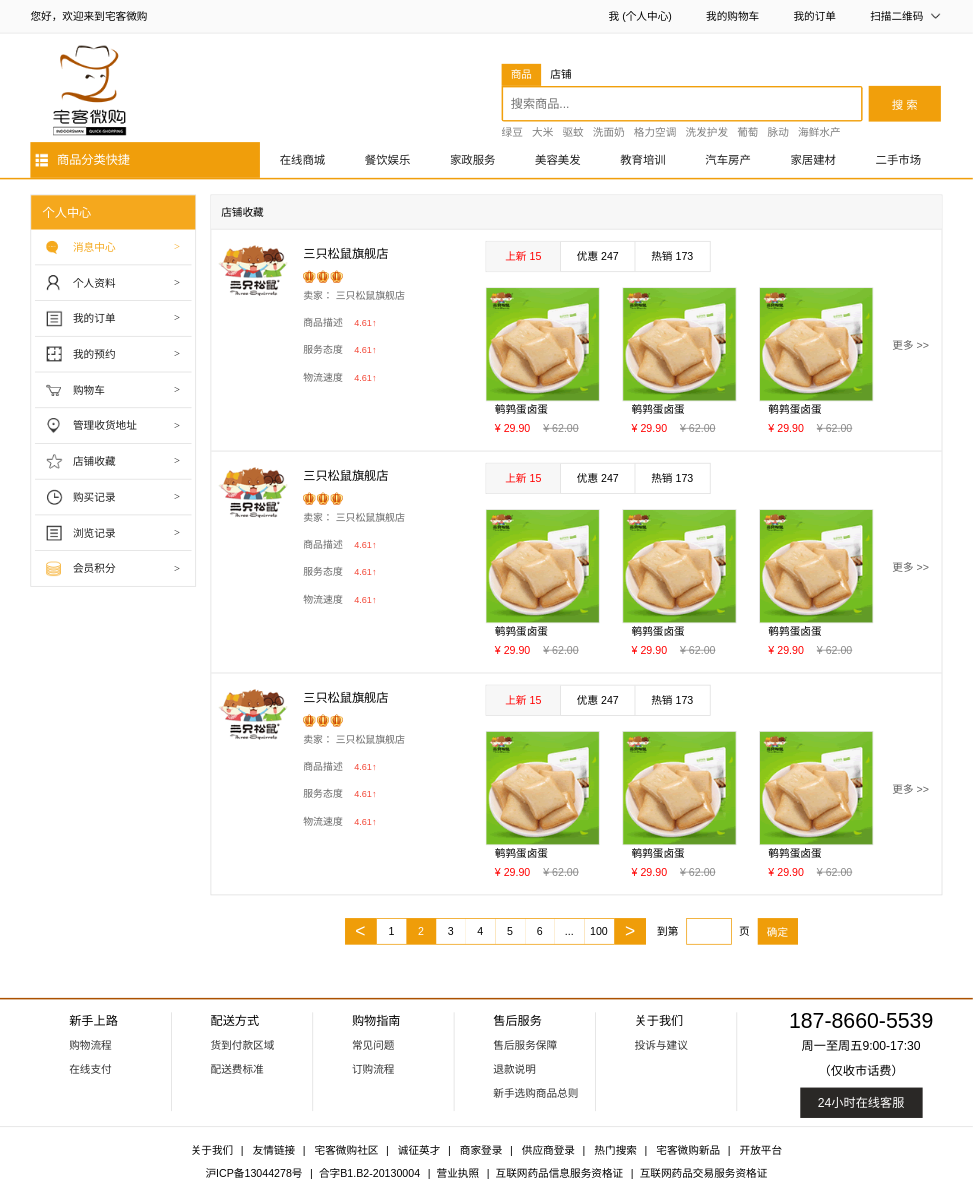
Repository: hucongting/MobliePhoneMall
Page: http://localhost/HelloMall/home/my_collection.jsp
These files come from the project's save history. The page is drawn as it stood at one moment and after the next save; the edit follows.
The browser window is 1280 px wide. The pictures show the whole page, at 76% of full size.
The page is served by Tomcat 9. Nobody is signed in. The application's start-up code is not run.

Above is the page before, as saved 2018-09-01 06:58:20.

After the next save:
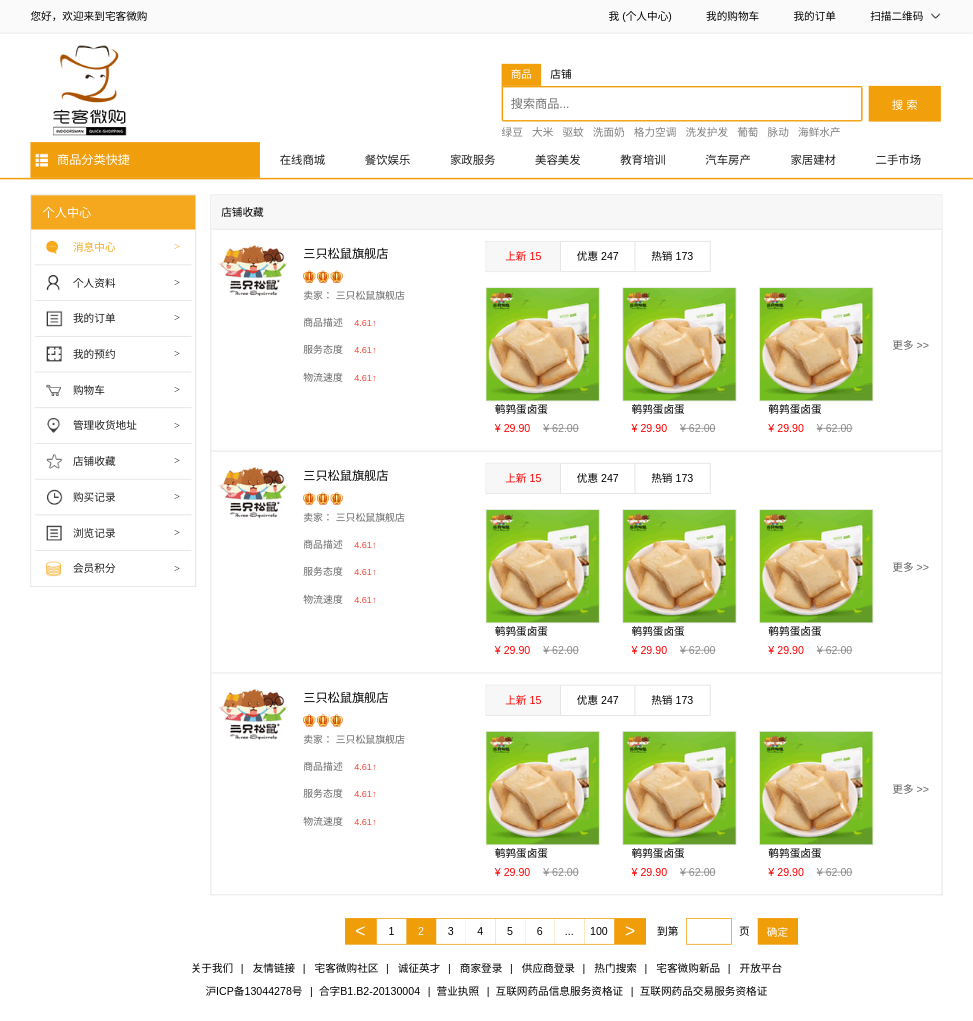
Saved 27 s later.
--- a/HelloMall/src/main/webapp/home/my_collection.jsp
+++ b/HelloMall/src/main/webapp/home/my_collection.jsp
@@ -349,72 +349,6 @@
     </div>
 
     <!--底部服务-->
-    <div class="ft-service">
-    	<div class="w1200">
-        	<div class="sv-con-l2 f-l">
-            	<dl>
-                	<dt><a href="#">新手上路</a></dt>
-                    <dd>
-                    	<a href="#">购物流程</a>
-                    	<a href="#">在线支付</a>
-                    </dd>
-                </dl>
-                <dl>
-                	<dt><a href="#">配送方式</a></dt>
-                    <dd>
-                    	<a href="#">货到付款区域</a>
-                    	<a href="#">配送费标准</a>
-                    </dd>
-                </dl>
-                <dl>
-                	<dt><a href="#">购物指南</a></dt>
-                    <dd>
-                    	<a href="#">常见问题</a>
-                    	<a href="#">订购流程</a>
-                    </dd>
-                </dl>
-                <dl>
-                	<dt><a href="#">售后服务</a></dt>
-                    <dd>
-                    	<a href="#">售后服务保障</a>
-                    	<a href="#">退款说明</a>
-                    	<a href="#">新手选购商品总则</a>
-                    </dd>
-                </dl>
-                <dl>
-                	<dt><a href="#">关于我们</a></dt>
-                    <dd>
-                    	<a href="#">投诉与建议</a>
-                    </dd>
-                </dl>
-                <div style="clear:both;"></div>
-            </div>
-        	<div class="sv-con-r2 f-r">
-            	<p class="sv-r-tle">187-8660-5539</p>
-            	<p>周一至周五9:00-17:30</p>
-            	<p>（仅收市话费）</p>
-            	<a href="#" class="zxkf">24小时在线客服</a>
-            </div>
-            <div style="clear:both;"></div>
-        </div>
-    </div>
-
-    <!--底部 版权-->
-    <div class="footer w1200">
-    	<p>
-        	<a href="#">关于我们</a><span>|</span>
-        	<a href="#">友情链接</a><span>|</span>
-        	<a href="#">宅客微购社区</a><span>|</span>
-        	<a href="#">诚征英才</a><span>|</span>
-        	<a href="#">商家登录</a><span>|</span>
-        	<a href="#">供应商登录</a><span>|</span>
-        	<a href="#">热门搜索</a><span>|</span>
-        	<a href="#">宅客微购新品</a><span>|</span>
-        	<a href="#">开放平台</a>
-        </p>
-        <p>
-        	沪ICP备13044278号<span>|</span>合字B1.B2-20130004<span>|</span>营业执照<span>|</span>互联网药品信息服务资格证<span>|</span>互联网药品交易服务资格证
-        </p>
-    </div>
+    <jsp:include page="index_bottom.jsp"></jsp:include>
 </body>
 </html>

After the save that followed:
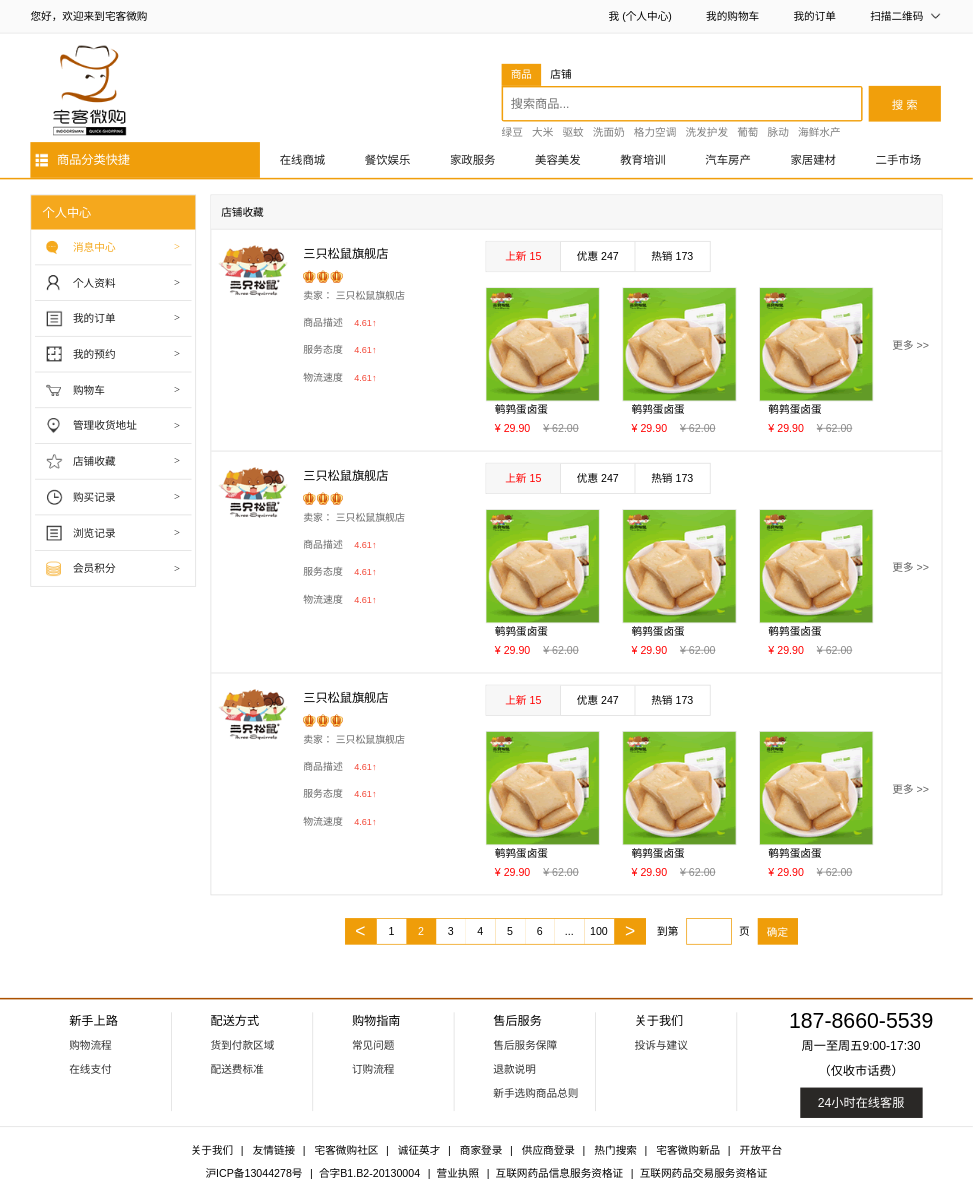
Saved 11 s later.
--- a/HelloMall/src/main/webapp/home/my_collection.jsp
+++ b/HelloMall/src/main/webapp/home/my_collection.jsp
@@ -349,6 +349,6 @@
     </div>
 
     <!--底部服务-->
-    <jsp:include page="index_bottom.jsp"></jsp:include>
+    <jsp:include page="bottom.jsp"></jsp:include>
 </body>
 </html>
